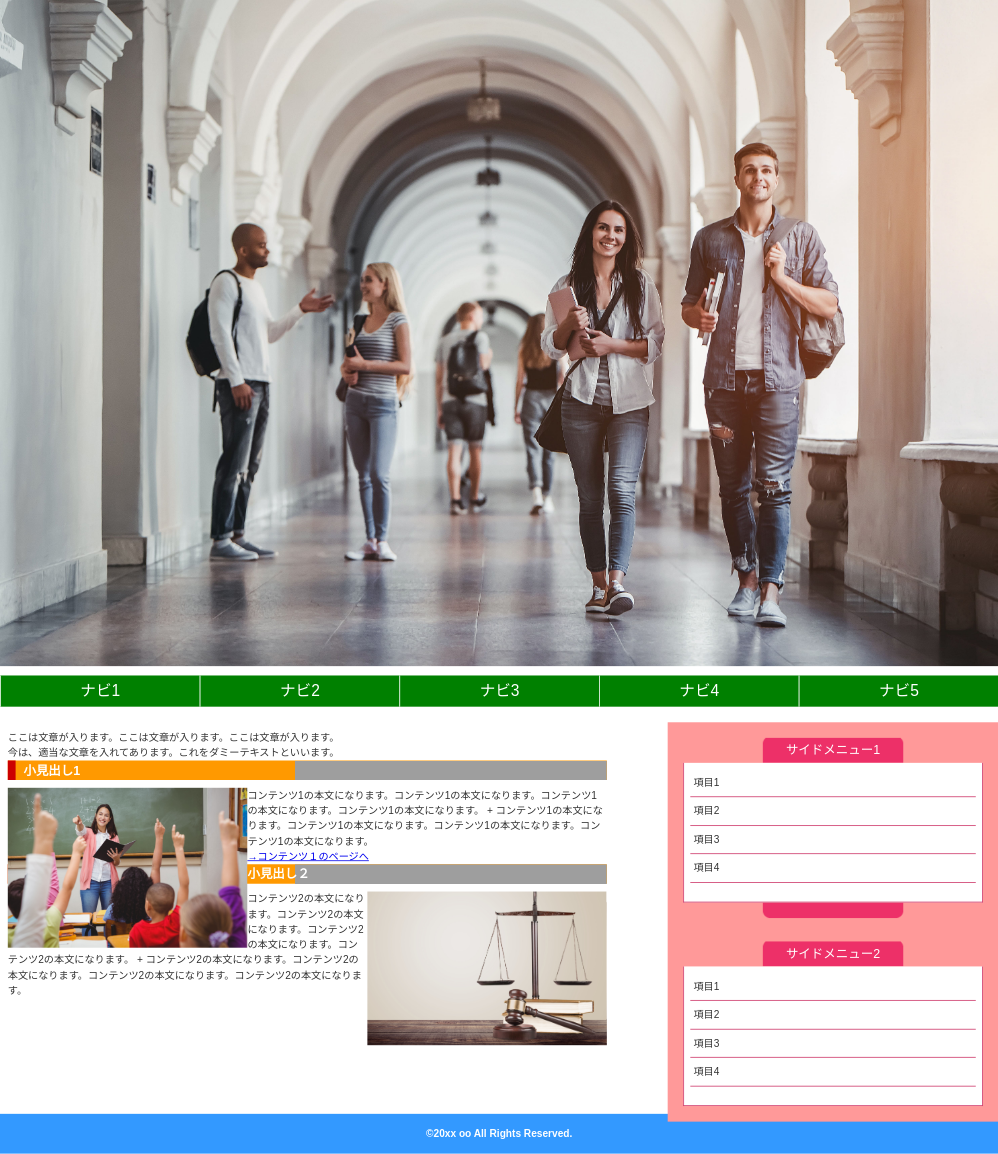
Repository: sakasu04/samurai_HTML-CSS
Page: home.html
The author's editor kept a record of every edit. The page is drawn from the files as they stood at one moment, then again after the next edit.
The browser window is 1280 px wide. The pictures show the whole page, at 78% of full size.
Pictures or frames that could not be fetched are drawn as grey boxes.

Above is the page before.

After the next edit:
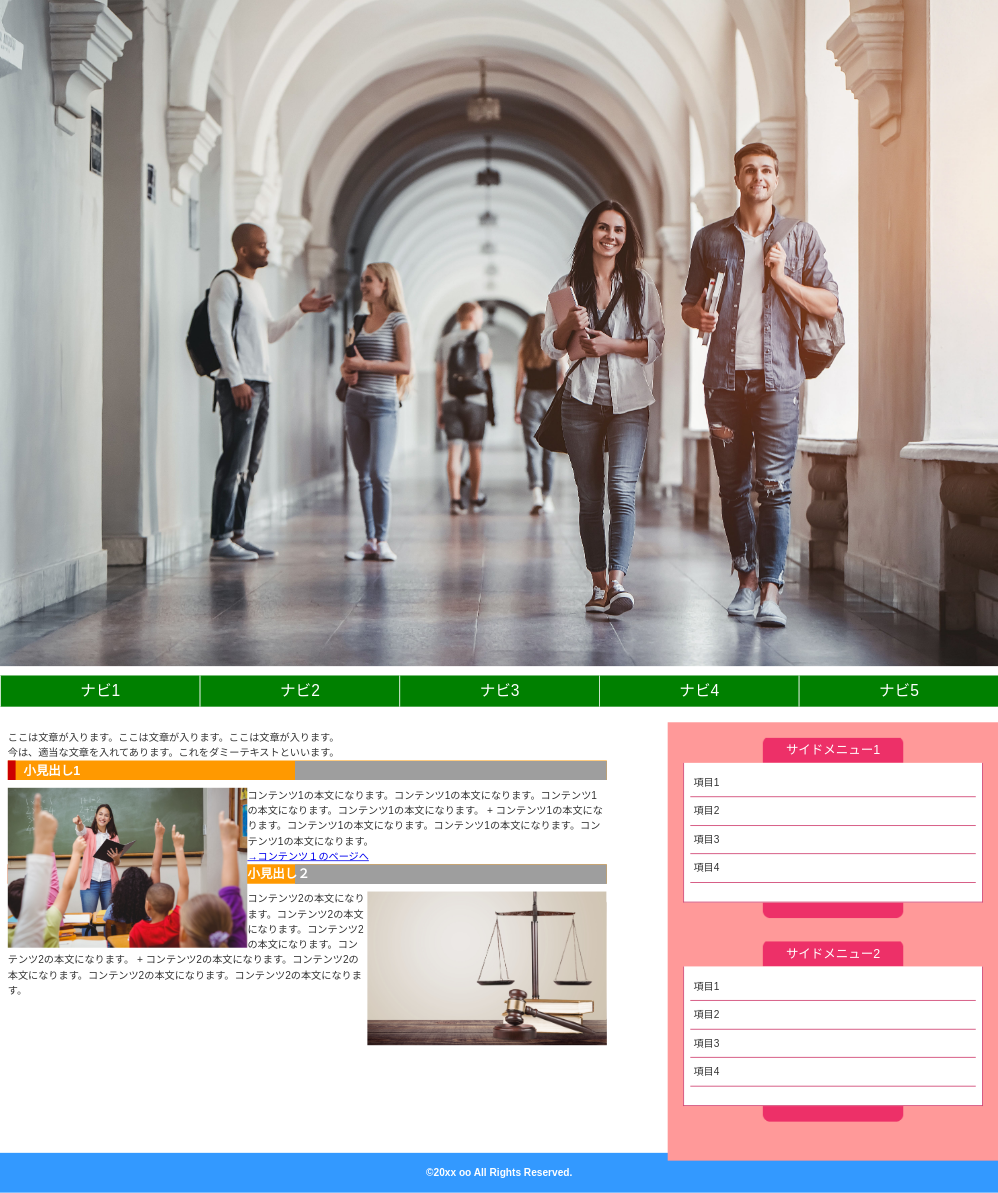
The edit:
--- a/home.html
+++ b/home.html
@@ -54,7 +54,7 @@
                         </ul>
                     </div>
                 </div>
-                <dib class="box">
+                <div class="box">
                     <h2>サイドメニュー2</h2>
                     <div class="boxBody">
                         <ul>
